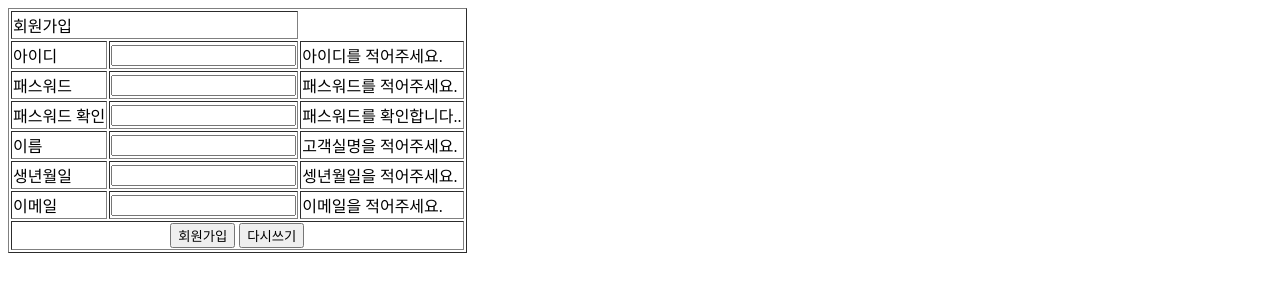
Repository: Chaelin02/2-_JSP
Page: http://localhost/BasicJSP/b06/bean/member.jsp
An editor plug-in stored every save of this project. The page is shown before and after the next save, followed by the edit.
The browser window is 1280 px wide. The pictures show the whole page.
The page is served by Tomcat 9. Other server files are loaded and not shown.

Above is the page before, as saved 2019-06-24 01:56:41.

### BasicJSP/WebContent/b06/bean/member.jsp
<%@ page language="java" contentType="text/html; charset=UTF-8"
    pageEncoding="UTF-8"%>
<!DOCTYPE html>
<html>
<head>
<meta charset="UTF-8">
<title>Insert title here</title>
</head>
<body>
<form method="post" action=memberPro.jsp>
<table border='1'>
	<tr width=300>
	<td colspan=2>

		회원가입

	</td>
	<tr>
		<td>아이디</td>
		<td><input type="text"  name="id" width="20%"></td>
		<td>아이디를 적어주세요.</td>
	</tr>
	<tr>
		<td>패스워드 </td>
		<td><input type="password" name="password"></td>
		<td>패스워드를 적어주세요.</td>
	</tr>
	<tr>
		<td>패스워드 확인</td>
		<td><input type="password" width=10 name="password_OK"></td>
		<td>패스워드를 확인합니다..</td>
	</tr>
	<tr>
		<td>이름</td>
		<td> <input type="text" name="name"></td>
		<td>고객실명을 적어주세요.</td>
	</tr>
	<tr>
		<td>생년월일</td>
		<td><input type="text" name="birthday"></td>
		<td>셍년월일을 적어주세요.</td>
	</tr>
	<tr>
		<td>이메일 </td>
		<td><input type="text" name="email"></td>
		<td>이메일을 적어주세요.</td>
	</tr>
<tr width=300>
	<td colspan=3>
	<center>
		<input type = "submit" value="회원가입">
		<input type = "reset" value="다시쓰기">
	</center>
	</td>

</table>

</form>
</body>
</html>

After the next save:
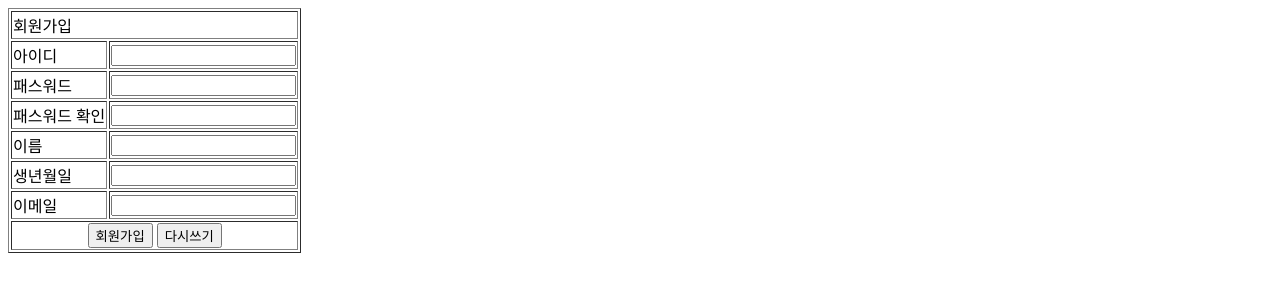
Saved 23 s later.
--- a/BasicJSP/WebContent/b06/bean/member.jsp
+++ b/BasicJSP/WebContent/b06/bean/member.jsp
@@ -18,32 +18,32 @@
 	<tr>
 		<td>아이디</td>
 		<td><input type="text"  name="id" width="20%"></td>
-		<td>아이디를 적어주세요.</td>
+
 	</tr>
 	<tr>
 		<td>패스워드 </td>
 		<td><input type="password" name="password"></td>
-		<td>패스워드를 적어주세요.</td>
+
 	</tr>
 	<tr>
 		<td>패스워드 확인</td>
 		<td><input type="password" width=10 name="password_OK"></td>
-		<td>패스워드를 확인합니다..</td>
+
 	</tr>
 	<tr>
 		<td>이름</td>
 		<td> <input type="text" name="name"></td>
-		<td>고객실명을 적어주세요.</td>
+
 	</tr>
 	<tr>
 		<td>생년월일</td>
 		<td><input type="text" name="birthday"></td>
-		<td>셍년월일을 적어주세요.</td>
+
 	</tr>
 	<tr>
 		<td>이메일 </td>
 		<td><input type="text" name="email"></td>
-		<td>이메일을 적어주세요.</td>
+
 	</tr>
 <tr width=300>
 	<td colspan=3>
